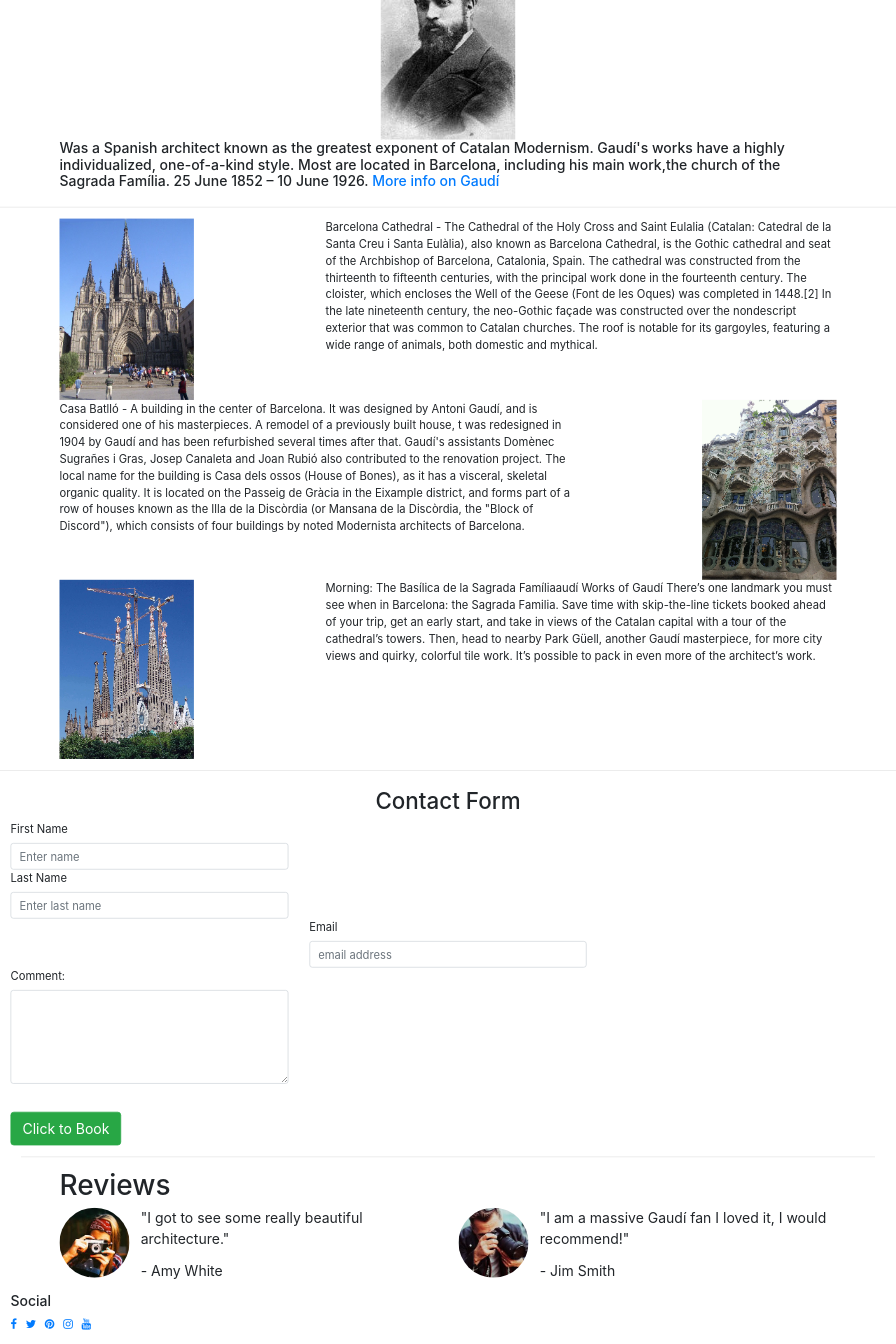
Repository: Taitdanielle/Milestone1
Page: index.html
The author's editor kept a record of every edit. The page is drawn from the files as they stood at one moment, then again after the next edit.
The browser window is 1280 px wide. The pictures show the part of the page from y = 1025 to 2945 px (the page is 2945 px tall), at 70% of full size.

Above is the page before.

After the next edit:
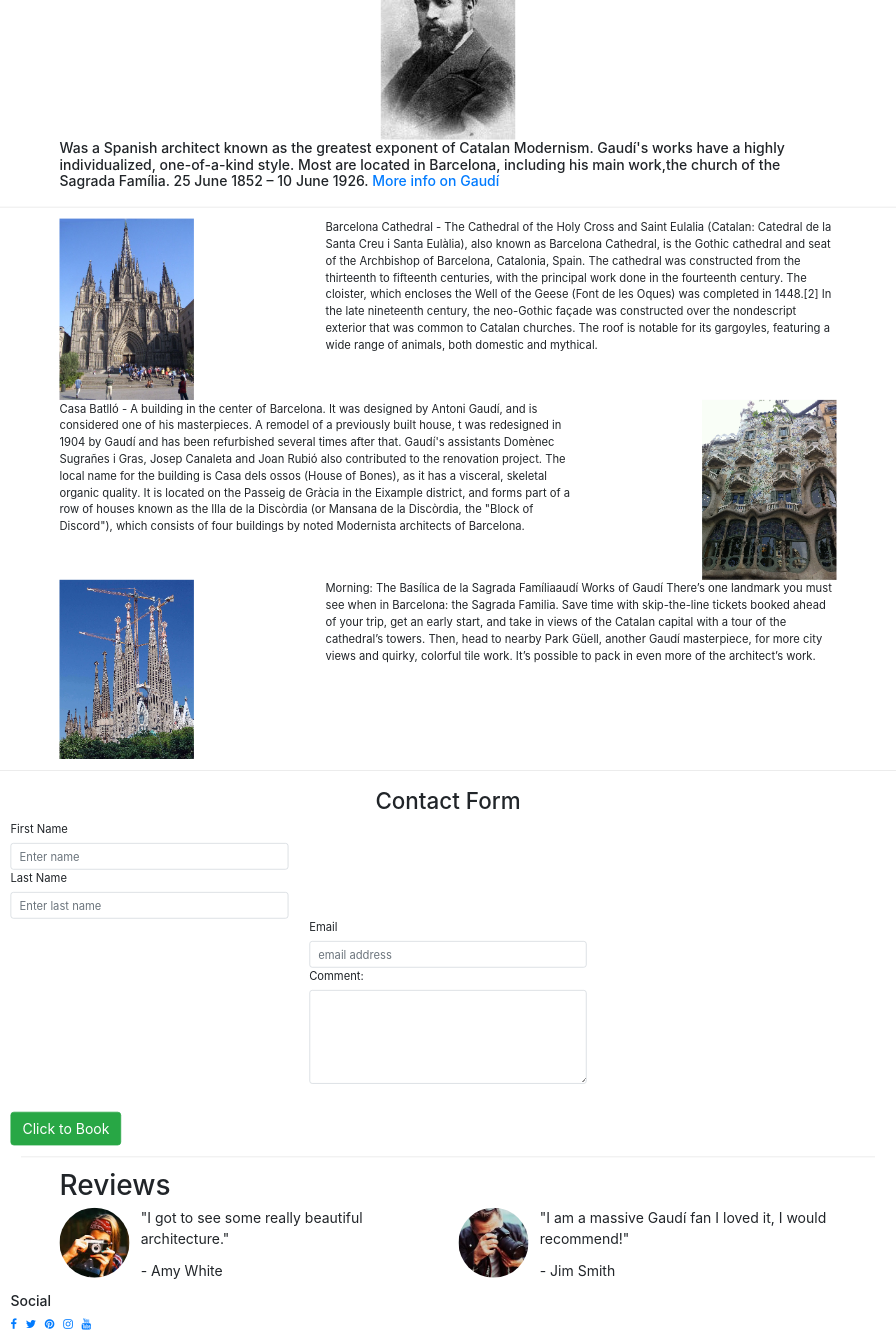
The edit:
--- a/index.html
+++ b/index.html
@@ -191,7 +191,7 @@
                 </div>
             </div>
             <div class="row">
-                <div class="col-md-4">
+                <div class="col-md-4 offset-md-4"">
                     <div class="form-group">
                         <label for="comment">Comment:</label>
                         <textarea class="form-control" rows="5" id="comment" name="text required"></textarea>
